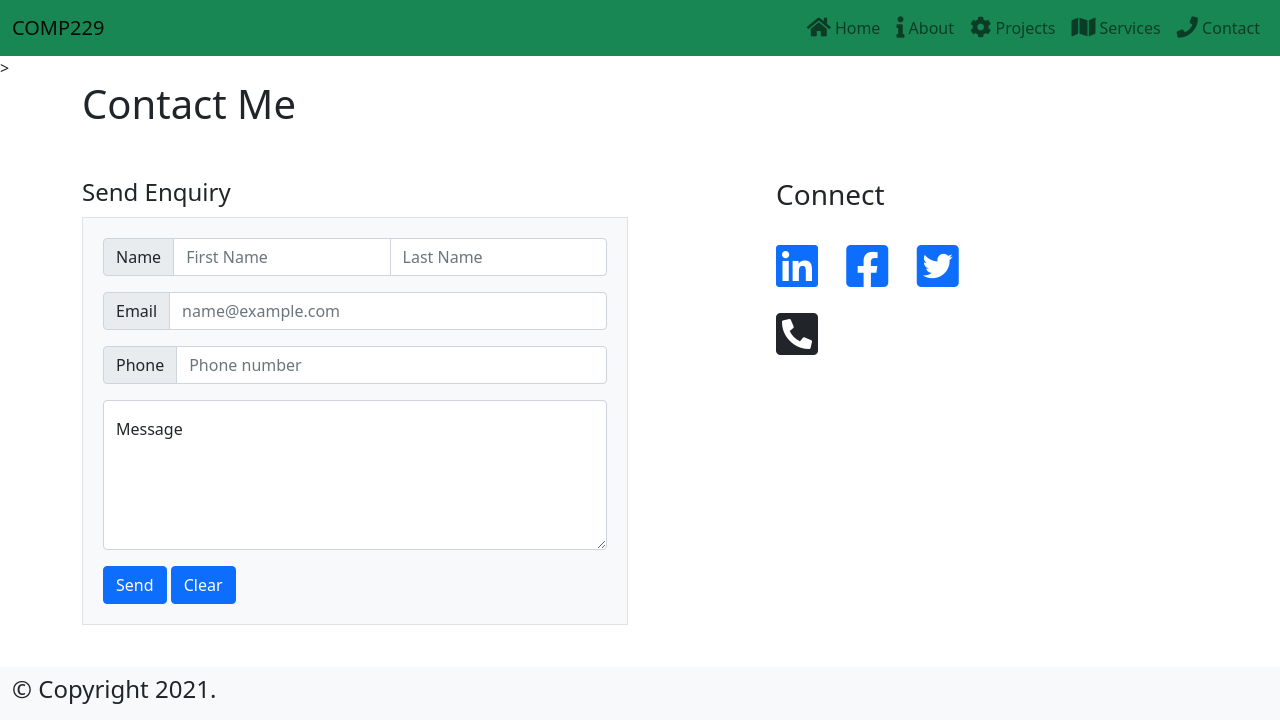
Repository: Mostafa-Asaad/Portfolio
Page: http://localhost/contact
These files come from the project's save history. The page is drawn as it stood at one moment and after the next save; the edit follows.
The browser window is 1280 px wide. The pictures show the whole page.
The page is served by the project's Node server (index.js).

Above is the page before, as saved 2021-06-04 16:20:36.

After the next save:
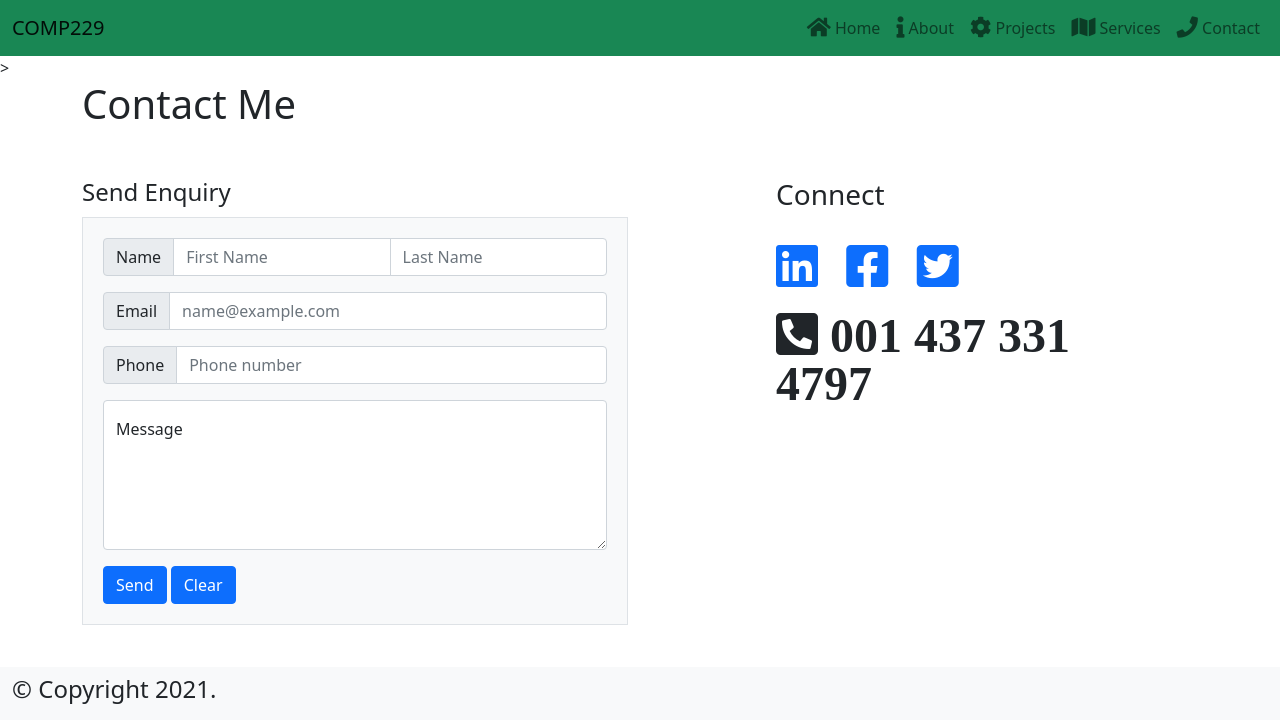
Saved 26 s later.
--- a/Server/Views/content/contact.ejs
+++ b/Server/Views/content/contact.ejs
@@ -59,7 +59,7 @@
               <a class="link" href="https://twitter.com/Moe_Asd"><i class="fab fa-twitter-square fa-3x"></i></a>
             </div>
           </div>
-          <i class="fas fa-phone-square-alt fa-3x"></i>
+          <i class="fas fa-phone-square-alt fa-3x"> 001 437 331 4797</i>
         </div>
       </div>
     </div>
